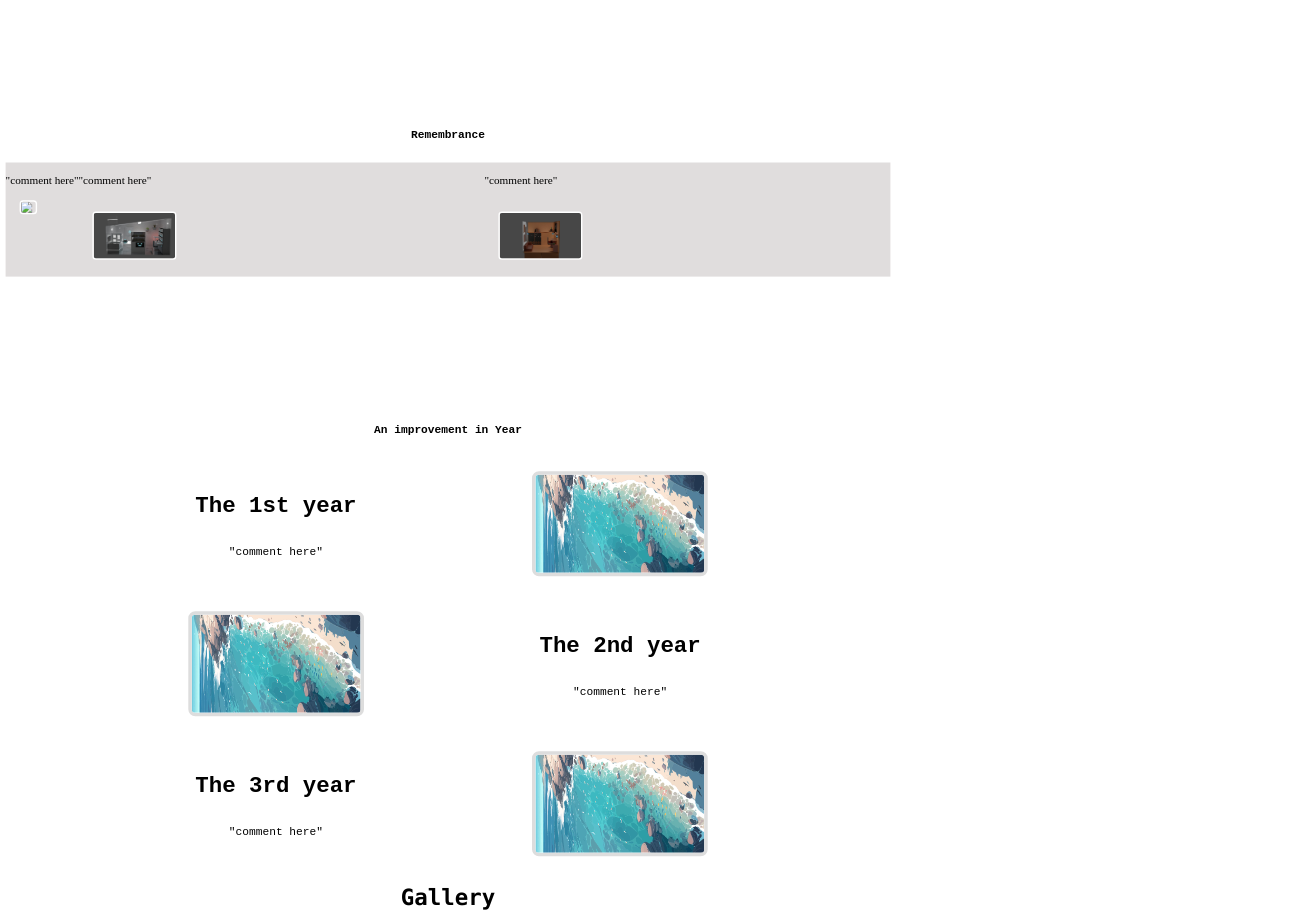
Repository: kittipichcha/Port1
Page: page2.html
The author's editor kept a copy of each file at every save. The page is drawn from the files as they stood at one save, then again after a run of saves.
The browser window is 1280 px wide. The page is 1862 px wide, so the pictures cover 1862 px, including what lies to the right of the window. The pictures show the part of the page from y = 1593 to 2913 px (the page is 4498 px tall before and 4669 px after), at 70% of full size.

Above is the page before, as saved 2024-10-16 21:12:13.
Not found: image/hosue2.jpg

After the next 2 saves:
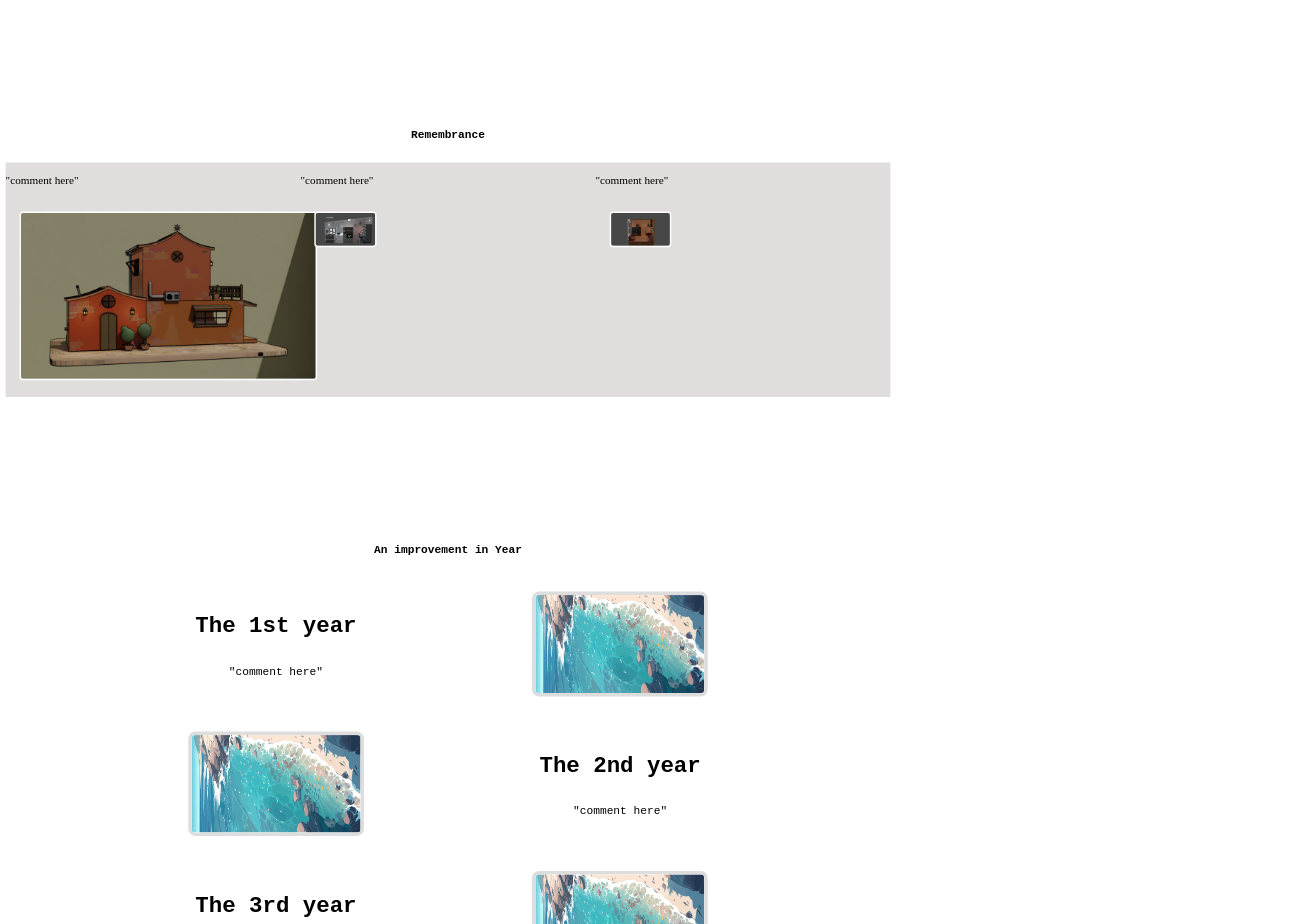
The 2 saves are shown as one change because they came seconds apart.
The last was saved 30 s later.
--- a/page2.html
+++ b/page2.html
@@ -35,7 +35,7 @@
         <div class = "scrollImage">
             <div>
                 <p> "comment here" </p>
-                <img class = "image" src = "image/hosue2.jpg">
+                <img style = "width:100%"src = "image/house2.jpg">
             </div>
             <div>
                 <p> "comment here" </p>
